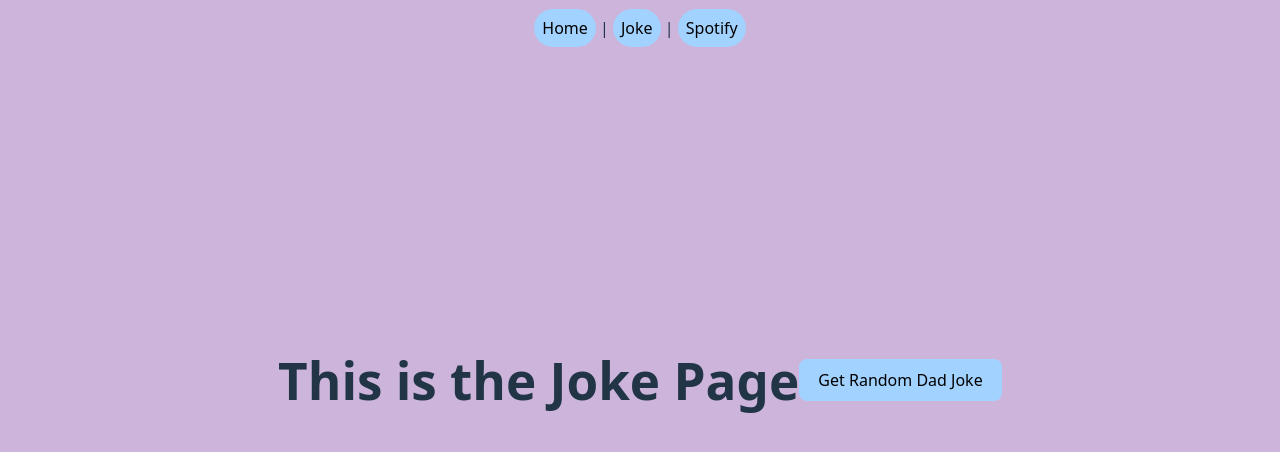
Repository: rosieomusic/spotify-react
Page: /joke
The author's editor kept a copy of each file at every save. The page is drawn from the files as they stood at one save, then again after the next save.
The browser window is 1280 px wide. The pictures show the whole page.
The page's requests for data from a server got no answer. The project was rebuilt for these pictures with package versions that can differ from the ones it lists, and the page was loaded fresh each time. No one was signed in, and anything a server would have sent is missing. Also part of the build but not shown: vite.config.js, src/pages/HomePage.jsx, src/services/SpotifyService.js, src/components/AlbumComponent.jsx, src/pages/SpotifyPage.jsx.

Above is the page before, as saved 2025-05-09 19:07:48.

### index.html
<!DOCTYPE html>
<html lang="en">
	<head>
		<meta charset="UTF-8" />
		<link
			rel="icon"
			type="image/svg+xml"
			href="/vite.svg"
		/>
		<meta
			name="viewport"
			content="width=device-width, initial-scale=1.0"
		/>
		<title>Joke and Spotify API</title>
	</head>
	<body>
		<div id="root"></div>
		<script
			type="module"
			src="/src/main.jsx"
		></script>
	</body>
</html>

### src/index.css
:root {
	font-family: system-ui, Avenir, Helvetica, Arial, sans-serif;
	line-height: 1.5;
	font-weight: 400;

	color: black;
	background-color: white;

	font-synthesis: none;
	text-rendering: optimizeLegibility;
	-webkit-font-smoothing: antialiased;
	-moz-osx-font-smoothing: grayscale;
}

a {
	font-weight: 500;
	color: #646cff;
	text-decoration: inherit;
}
a:hover {
	color: #535bf2;
}

h1 {
	font-size: 3.2em;
	line-height: 1.1;
}

button {
	border-radius: 8px;
	border: 1px solid black;
	padding: 0.6em 1.2em;
	font-size: 1em;
	font-weight: 500;
	font-family: inherit;
	background-color: white;
	cursor: pointer;
	transition: border-color 0.25s;
}
button:hover {
	border-color: #646cff;
}
button:focus,
button:focus-visible {
	outline: 4px auto -webkit-focus-ring-color;
}

@media (prefers-color-scheme: light) {
	:root {
		color: #213547;
		background-color: #ffffff;
	}
	a:hover {
		color: #747bff;
	}
	button {
		background-color: #f9f9f9;
	}
}

### src/App.jsx
import './App.css';
import { BrowserRouter, Routes, Link, Route, NavLink } from 'react-router-dom';
import HomePage from './pages/HomePage';
import SpotifyPage from './pages/SpotifyPage';
import JokePage from './pages/JokePage';

function App() {
	return (
		<BrowserRouter>
			<div id='app-container'>
				<nav>
					<NavLink
						to='/'
						className='nav-link'
					>
						Home
					</NavLink>{' '}
					|{' '}
					<NavLink
						to='/joke'
						className='nav-link'
					>
						Joke
					</NavLink>{' '}
					|{' '}
					<NavLink
						to='/spotify'
						className='nav-link'
					>
						Spotify
					</NavLink>
				</nav>

				<main>
					<Routes>
						<Route
							path='/'
							element={<HomePage />}
						/>
						<Route
							path='/joke'
							element={<JokePage />}
						/>
						<Route
							path='/spotify'
							element={<SpotifyPage />}
						/>
					</Routes>
				</main>
			</div>
		</BrowserRouter>
	);
}

export default App;

### src/App.css
html,
body {
	height: 100%;
	margin: 0;
	padding: 0;
}
#app-container {
	display: flex;
	flex-direction: column;
	min-height: 100dvh;
}

#root {
	max-width: 1280px;
	margin: 0;
	height: 100dvh;
	display: flex;
	justify-content: center;
	align-items: center;
	text-align: center;
}
body {
	background-color: #cdb4db;
}

button {
	background-color: #a2d2ff;
	border: none;
}
h1,
p {
	justify-self: center;
	text-align: center;
	align-self: center;
}

nav {
	text-align: center;
	margin-top: 1rem;
}
a {
	text-decoration: none;
	color: black;
	background-color: #a2d2ff;
	border-radius: 30px;
	padding: 0.5em;
}
main {
	flex-grow: 1;
	display: flex;
	justify-content: center;
	align-items: center;
	text-align: center;
	padding: 1rem;
}

### src/pages/JokePage.jsx
import React from 'react';
import JokeService from '../services/JokeService.js';
import { useEffect, useState } from 'react';

function JokePage() {
	const [joke, setJoke] = useState(null);

	function getJoke() {
		JokeService.getRandomJoke().then((response) => {
			//console.log(response);
			setJoke(response.data);
		});
	}
	useEffect(() => {
		getJoke();
	}, []); //empty array means call on initialization

	return (
		<>
			<h1>This is the Joke Page</h1>
			<p>{joke} </p>
			<button onClick={getJoke}>Get Random Dad Joke</button>
		</>
	);
}

export default JokePage;

### src/services/JokeService.js
import axios from 'axios';

const http = axios.create({
	baseURL: 'https://icanhazdadjoke.com',
});

const header = {
	headers: {
		Accept: 'text/plain',
	},
};

export default {
	getRandomJoke() {
		return http.get('', header);
	},
};

Loaded but not shown: src/main.jsx (common file)

After the next save:
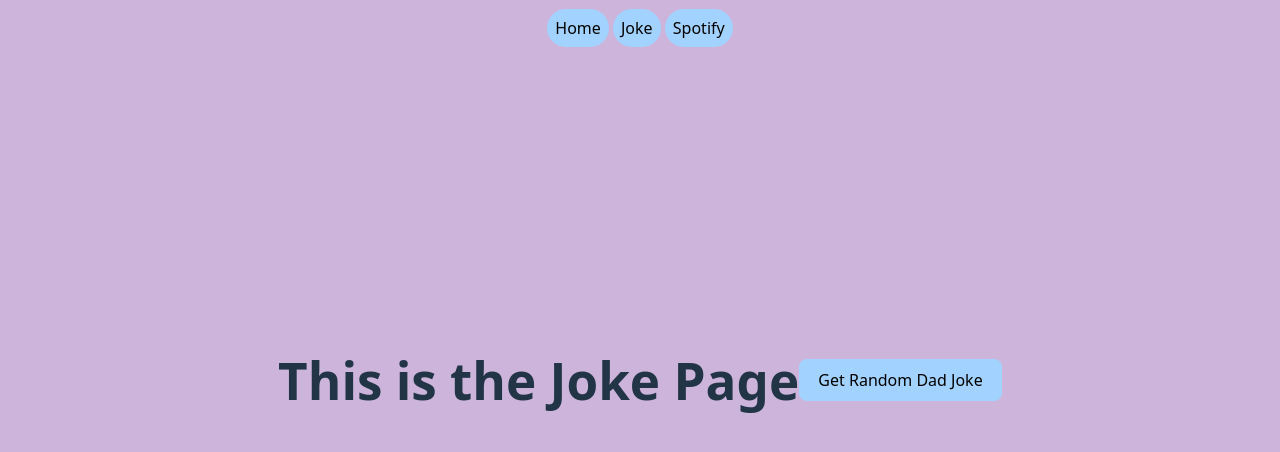
Saved 18 s later.
--- a/src/App.jsx
+++ b/src/App.jsx
@@ -15,14 +15,12 @@
 					>
 						Home
 					</NavLink>{' '}
-					|{' '}
 					<NavLink
 						to='/joke'
 						className='nav-link'
 					>
 						Joke
 					</NavLink>{' '}
-					|{' '}
 					<NavLink
 						to='/spotify'
 						className='nav-link'
